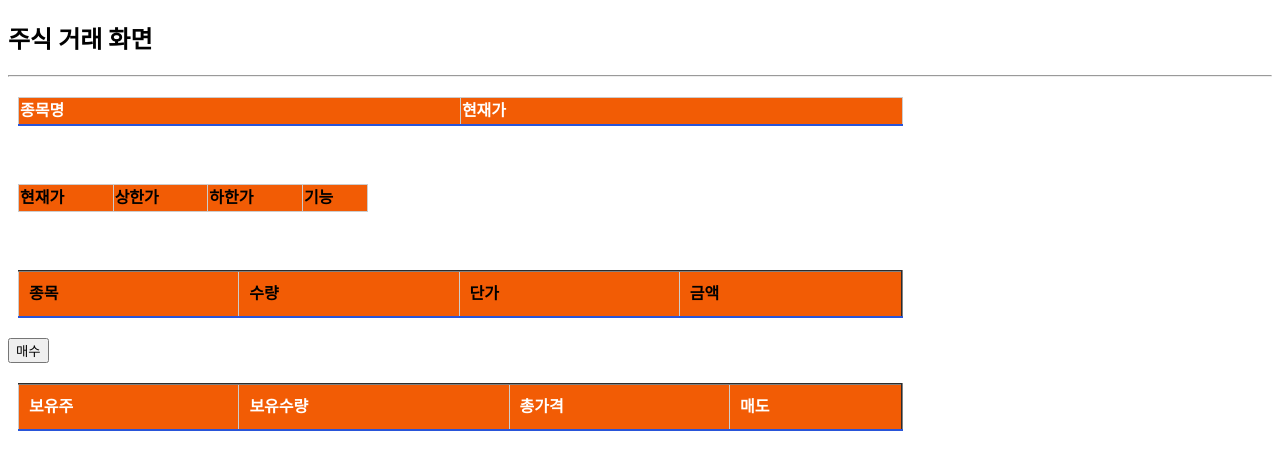
Repository: hminah0215/bitcamp
Page: stsAjax_test/pro1/src/main/resources/static/stock.html
These files come from the project's save history. The page is drawn as it stood at one moment and after the next save; the edit follows.
The browser window is 1280 px wide. The pictures show the whole page.
The page's requests for data from a server got no answer.

Above is the page before, as saved 2020-03-27 05:46:49.

### stsAjax_test/pro1/src/main/resources/static/stock.html
<!DOCTYPE html>
<html>
<head>
<meta charset="UTF-8">
<title>Insert title here</title>
<style type="text/css">
#one,#four{
	border-collapse: collapse;
    text-align: left;
    line-height: 1.5;
    border-left: 1px solid #ccc;
    margin: 20px 10px;
}

#one,#four th{
    padding: 10px;
    font-weight: bold;
    border-top: 1px solid #ccc;
    border-right: 1px solid #ccc;
    border-bottom: 2px solid #2955D9;
    background: #F25C05;
    color: white;
}

#one td{
    width: 350px;
   	padding: 10px;
    vertical-align: top;
    border-right: 1px solid #ccc;
    border-bottom: 1px solid #ccc;
}

#two,#three{
	border-collapse: collapse;
    text-align: left;
    line-height: 1.5;
    border-left: 1px solid #ccc;
    margin: 20px 10px;
}

#two,#three th{
    padding: 10px;
   	font-weight: bold;
    border-top: 1px solid #ccc;
    border-right: 1px solid #ccc;
    border-bottom: 2px solid #2955D9;
    background: #F25C05;
    color: black;
}

#two,#three td{
    width: 350px;
   	padding: 10px;
    vertical-align: top;
    border-right: 1px solid #ccc;
    border-bottom: 1px solid #ccc;
}

</style>
<script type="text/javascript" src="https://code.jquery.com/jquery-3.4.1.min.js"></script>
<script type="text/javascript">
	$(function(){
		var arr=[];
		listMy();

		//네번째테이블
		function listMy(){
			$("#four").empty();
			$("#four").html("<tr><th>보유주</th><th>보유수량</th><th>총가격</th><th>매도</th></tr>");
			$.getJSON("listMy",function(data){
				$.each(data, function(idx, my){
					arr.push(my);
					var td11 = $("<td></td>").html( my.s_name );
					var td12 = $("<td></td>").html( my.s_qty );
					var td13 = $("<td></td>").html( my.s_tot );
					var td14 = $("<td></td>").html("매도").css("color","red");
					var tr4 = $("<tr></tr>").append(td11,td12,td13,td14);

					$(td14).attr("idx", idx);
					$("#four").append(tr4);
					//매도를 누르면
					$(td14).click(function(){

						var idx = $(this).attr("idx");
						//var b = $(td11).html();
						var b = arr[idx].s_name;
						var h ={s_name:b};
						$.ajax("delete",{data:h, success:function(){
							listMy();
							alert("매도누름");
						}})

					})
				})


			})
		}

		//테이블1에 주식목록 보이기(데이터베이스에 주식 3개 넣어놈)
		$.ajax("listStock",{success:function(data){
			//arr = data;
			$.each(data, function(idx, stock){
				var td1 = $("<td></td>").html( stock.s_name );
				var td2 = $("<td></td>").html( stock.now_price );
				var tr1 =  $("<tr></tr>").append(td1, td2);
				$("#one").append(tr1);

				//주식종목명을 누르면
				$(td1).click(function(){
					$("#two").html("<tr><th>현재가</th><th>상한가</th><th>하한가</th><th>기능</th></tr>");
					var td3 = $("<td></td>").html( stock.now_price ).css("background","white");
					var td4 = $("<td></td>").html( stock.up_price ).css("background","white");
					var td5 = $("<td></td>").html( stock.down_price ).css("background","white");
					var td6 = $("<td></td>").html("매수").css({"color":"white","background":"red"});
					var tr2 = $("<tr></tr>").append(td3, td4, td5,td6);
					$("#two").append(tr2);

					$(td6).off("click");

					//매수를 누르면
					$(td6).click(function(){
						$("#three").html("<tr><th>종목</th><th>수량</th><th>단가</th><th>금액</th></tr>");
						var td7 = $("<td></td>").html( stock.s_name );
						var qty = $("<input type=number>");
						var td8 = $("<td></td>").append(qty);
						var td9 = $("<td></td>").html( stock.now_price );
						var td10 =$("<td></td>");

						//수량 입력한곳에 keyup 이벤트를 걸어서 자동으로 금액이 계산됨!
						$(qty).keyup(function(){
							//alert(qty.val());
							 $(td10).html(qty.val() * stock.now_price);
						})

						var tr3 = $("<tr></tr>").append(td7, td8, td9, td10);
						$("#three").append(tr3);


						//매수 버튼을 누르면 구입
						$("#buy").click(function(){
							var inmy = {s_name: $(td7).text() , s_qty:$(qty).val() , s_tot:$(td10).text() };

							//구입인지 업데이트인지 판별
							$.ajax("cntup",{data:inmy,success:function(r){
								if(r <= 0){
									$.ajax("insert",{data:inmy,success:function(){}});
								}else{
									$.ajax("update",{data:inmy,success:function(){}});
								}
								$("#four").empty();
								listMy();
							}})
						})//매수(구입)버튼 동작 끝


					});

				});
			});

		}});
	});



</script>
</head>
<body>
	<h2>주식 거래 화면</h2>
	<hr>

	<table id="one" border="2" width="70%">
		<tr>
			<th>종목명</th>
			<th>현재가</th>
		</tr>
	</table>
	<br>

	<table id="two" border="2" width="70%">
		<tr>
			<th>현재가</th>
			<th>상한가</th>
			<th>하한가</th>
			<th>기능</th>
		</tr>
	</table>
	<br>

	<table id="three" border="2" width="70%">
		<tr>
			<th>종목</th>
			<th>수량</th>
			<th>단가</th>
			<th>금액</th>
		</tr>
	</table>
	<button id="buy">매수</button>
	<br>
	<table id="four" border="2" width="70%">
		<tr>
			<th>보유주</th>
			<th>보유수량</th>
			<th>총가격</th>
			<th>매도</th>
		</tr>
	</table>
</body>
</html>

After the next save:
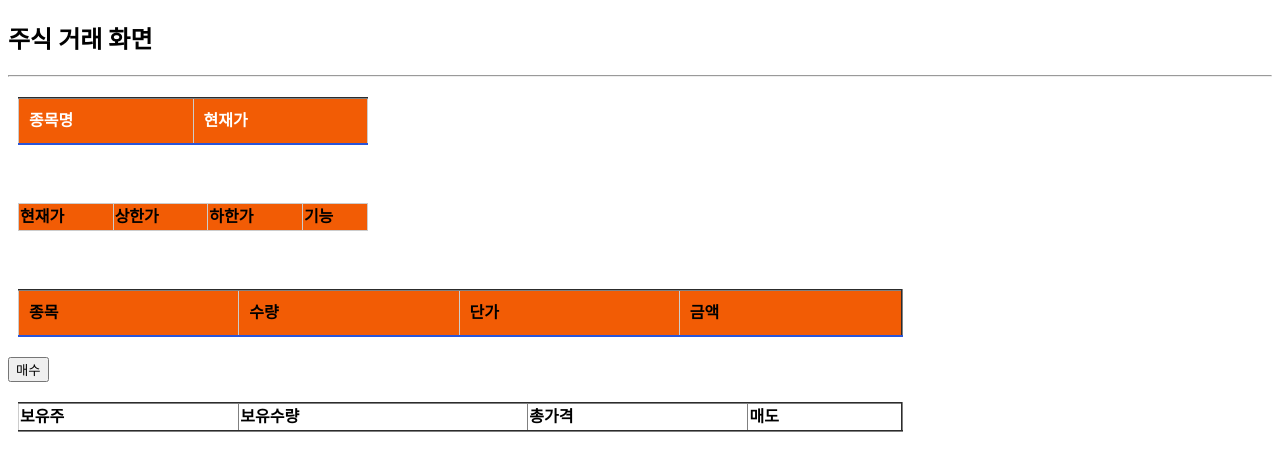
Saved 7 s later.
--- a/stsAjax_test/pro1/src/main/resources/static/stock.html
+++ b/stsAjax_test/pro1/src/main/resources/static/stock.html
@@ -12,7 +12,7 @@
     margin: 20px 10px;
 }
 
-#one,#four th{
+#one th{
     padding: 10px;
     font-weight: bold;
     border-top: 1px solid #ccc;
@@ -22,7 +22,7 @@
     color: white;
 }
 
-#one td{
+#one,#four td{
     width: 350px;
    	padding: 10px;
     vertical-align: top;
